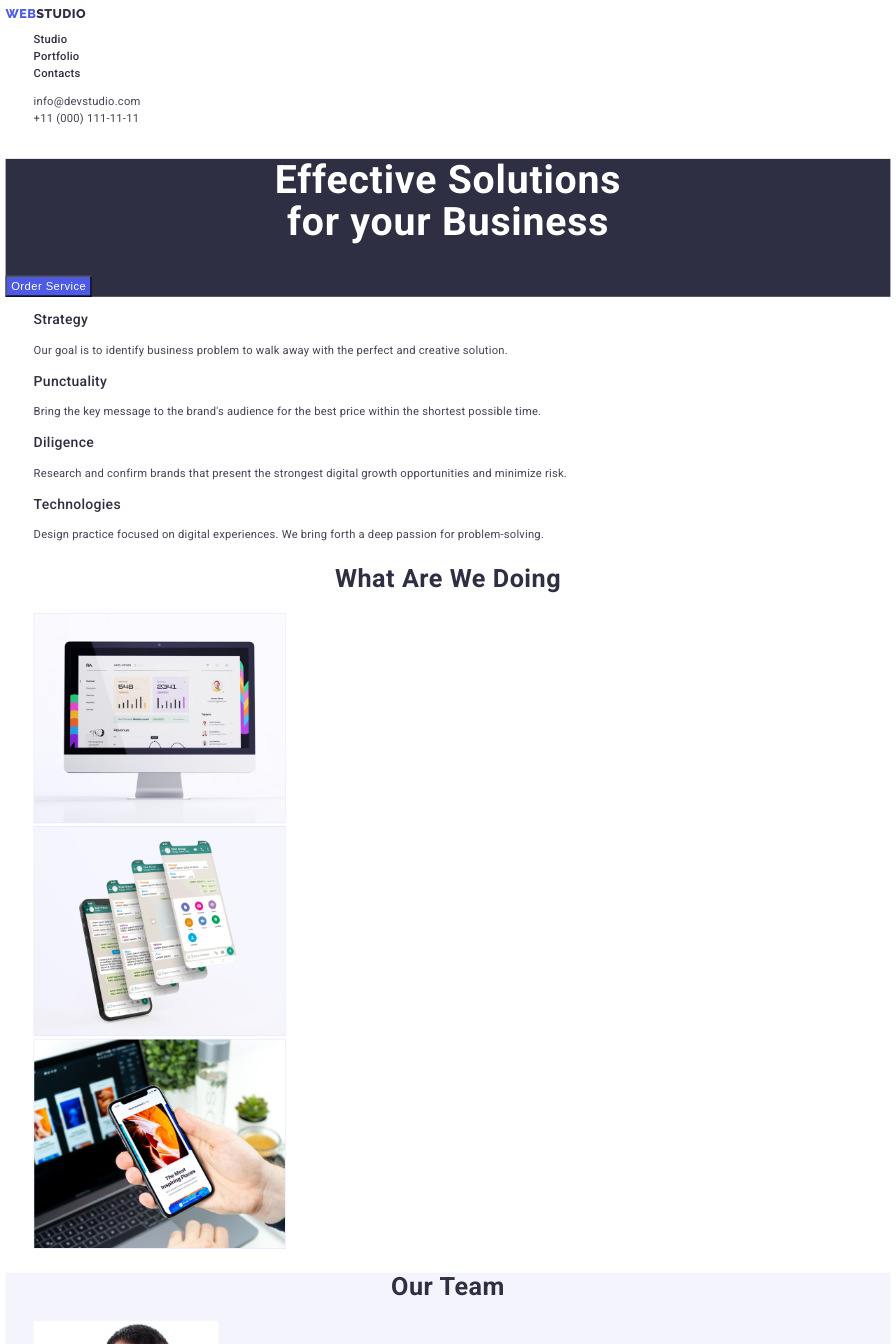
Repository: jandiman/goit-markup-hw-02
Page: index.html
The author's editor kept a copy of each file at every save. The page is drawn from the files as they stood at one save, then again after the next save.
The browser window is 1280 px wide. The pictures show the part of the page from y = 0 to 1920 px (the page is 3484 px tall), at 70% of full size.

Above is the page before, as saved 2023-07-07 09:44:58.

After the next save:
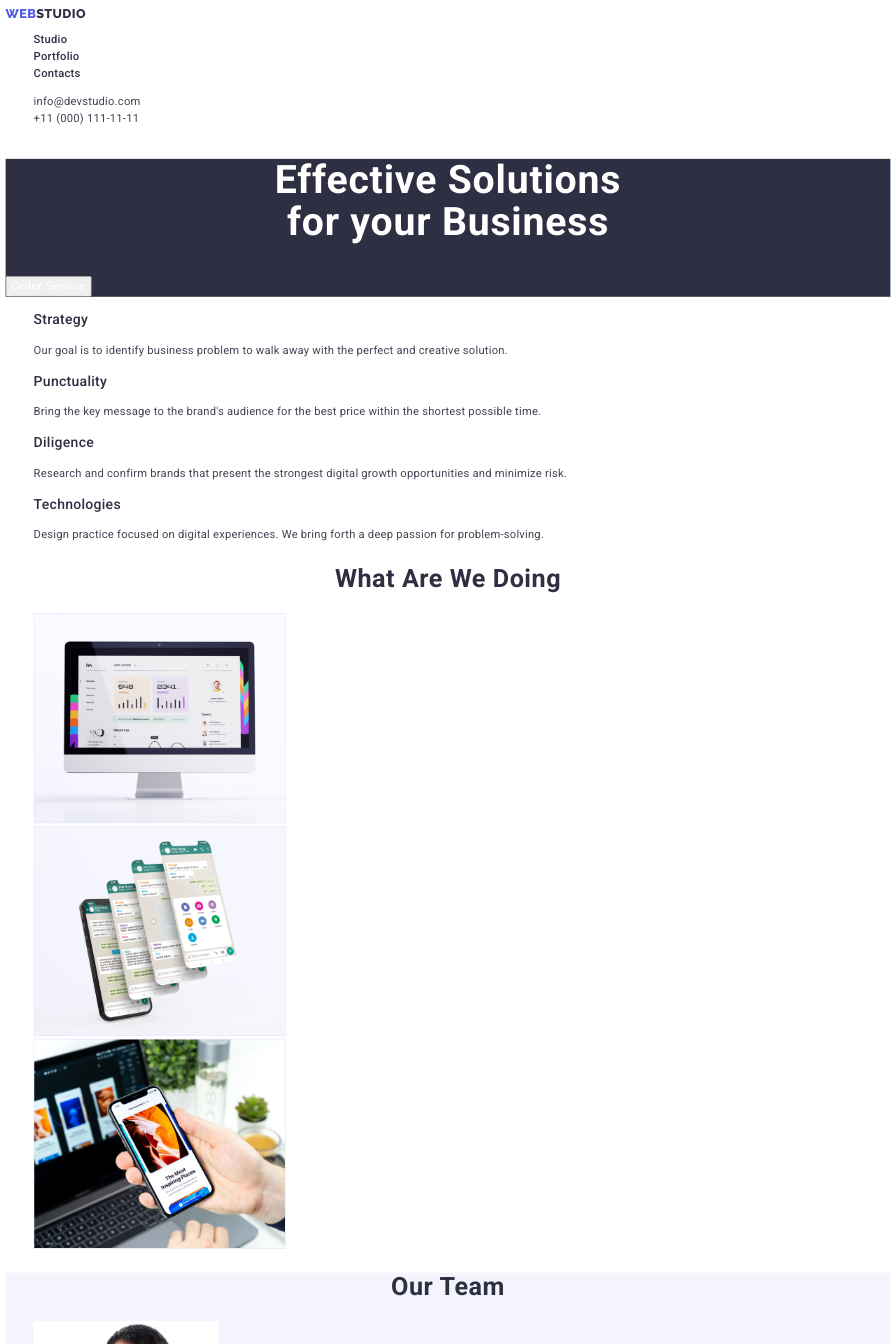
Saved 19 s later.
--- a/css/styles.css
+++ b/css/styles.css
@@ -98,7 +98,6 @@
 }
 
 .hero-button {
-  background: var(--iris, #4d5ae5);
   color: var(--white, #fff);
   font-size: 16px;
   font-style: normal;
